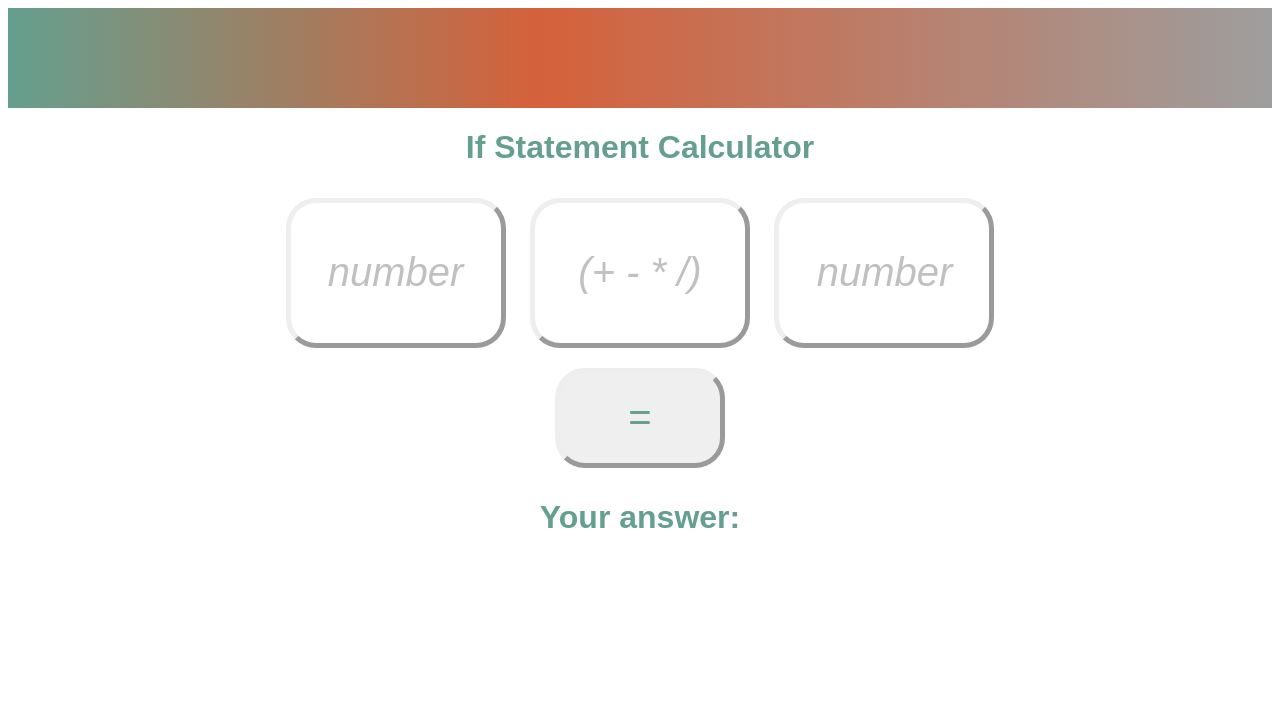
Repository: WesleyErasmus/threeInputCalculator
Page: html/if-calculator.html
An editor plug-in stored every save of this project. The page is shown before and after the next save, followed by the edit.
The browser window is 1280 px wide. The pictures show the whole page.

Above is the page before, as saved 2022-04-27 22:56:38.

After the next save:
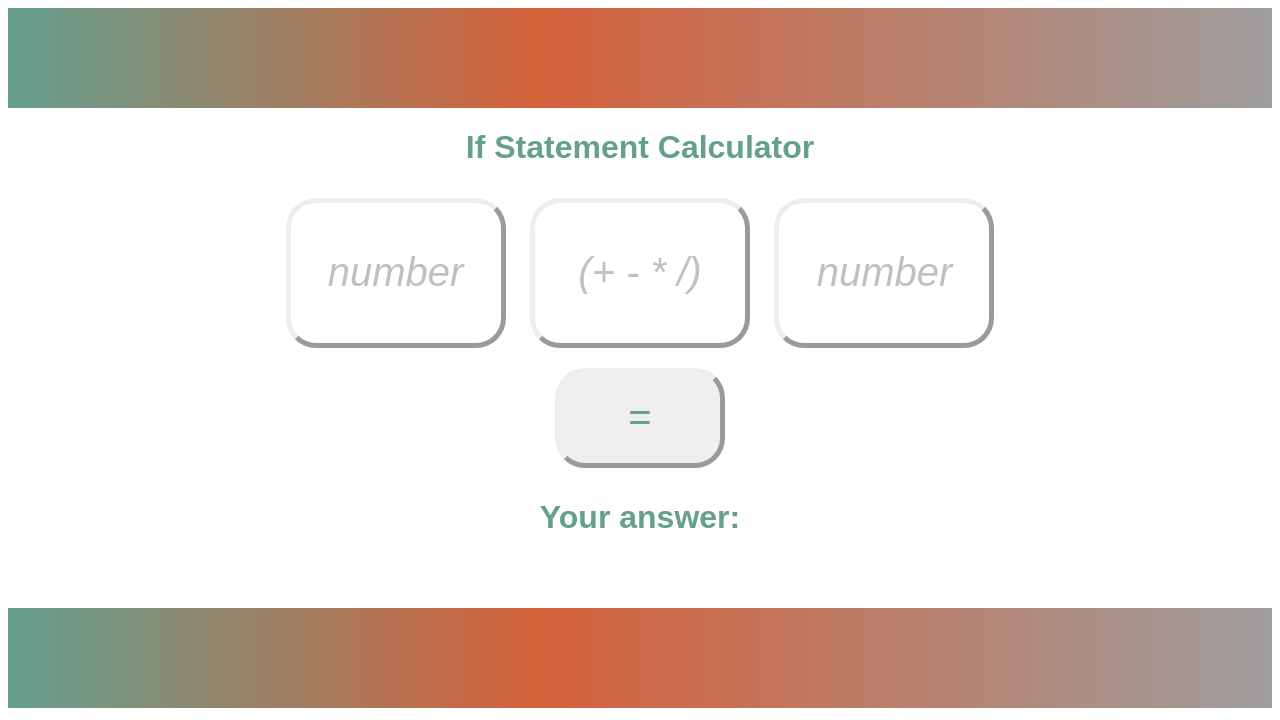
Saved 31 s later.
--- a/html/if-calculator.html
+++ b/html/if-calculator.html
@@ -22,6 +22,7 @@
          <h1>Your answer:</h1>
          <p id="output"></p>
     </form>
+    <div id="topGradientBar"></div>
 </center>
 </body>
 </html>
